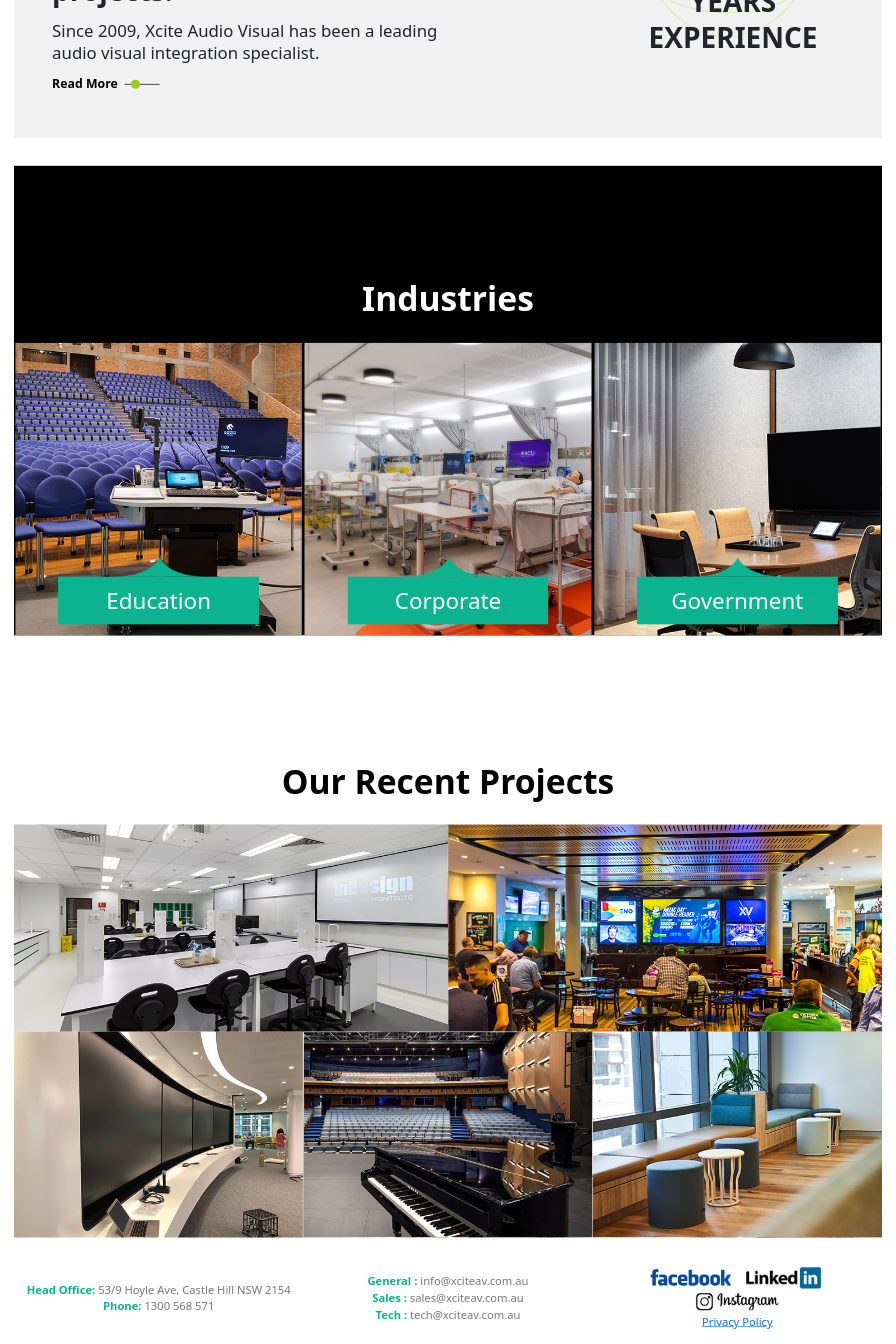
Repository: Imprasna/designplus
Page: index.html
An editor plug-in stored every save of this project. The page is shown before and after the next save, followed by the edit.
The browser window is 1280 px wide. The pictures show the part of the page from y = 1077 to 2997 px (the page is 2997 px tall before and 2977 px after), at 70% of full size.

Above is the page before, as saved 2022-03-16 23:25:10.

### index.html
<!DOCTYPE html>
<html lang="en">

<head>
  <meta charset="UTF-8">
  <meta http-equiv="X-UA-Compatible" content="IE=edge">
  <meta name="viewport" content="width=device-width, initial-scale=1.0">
  <link href="https://cdn.jsdelivr.net/npm/bootstrap@5.1.3/dist/css/bootstrap.min.css" rel="stylesheet"
    crossorigin="anonymous">
  <script src="https://cdn.jsdelivr.net/npm/bootstrap@5.1.3/dist/js/bootstrap.bundle.min.js" crossorigin="anonymous">
  </script>
  <link rel="stylesheet" href="style.css">
  <title>DesignPlus</title>
</head>

<body>

  <header>
    <div class="container-fluid">
      <nav class="navbar navbar-expand-lg navbar-light bg-light">
        <div class="container-fluid">
          <a class="navbar-brand" href="#"><img src="assets/Images/XCITEAV_logo.svg" alt=""></a>
          <button class="navbar-toggler" type="button" data-bs-toggle="collapse"
            data-bs-target="#navbarSupportedContent" aria-controls="navbarSupportedContent" aria-expanded="false"
            aria-label="Toggle navigation">
            <span class="navbar-toggler-icon"></span>
          </button>
          <div class="collapse navbar-collapse" id="navbarSupportedContent">
            <ul class="navbar-nav ms-auto mb-2 mb-lg-0">
              <li class="nav-item">
                <a class="nav-link active" aria-current="page" href="#">About</a>
              </li>
              <li class="nav-item">
                <a class="nav-link" href="#">Industries</a>
              </li>
              <li class="nav-item">
                <a class="nav-link" href="#">Xcite Care</a>
              </li>
              <li class="nav-item">
                <a class="nav-link" href="#">Projects</a>
              </li>
              <li class="nav-item">
                <a class="nav-link" href="#">Clients</a>
              </li>
              <li class="nav-item">
                <a class="nav-link" href="#">Contact Us</a>
              </li>
              <li class="nav-item tel-phone">
                <a href="tel:1300568571" class="nav-link">T: 1300 568 571</a>
              </li>
            </ul>
            <!-- <form class="d-flex">
                      <input class="form-control me-2" type="search" placeholder="Search" aria-label="Search">
                      <button class="btn btn-outline-success" type="submit">Search</button>
                    </form> -->
          </div>
        </div>
      </nav>
    </div>
  </header>

  <main>
    <section>
      <div class="container-fluid hero_sec">
        <img src="assets/Images/hero-banner.jpg" alt="">
        <p class="hero_texts">
          <span>Focused on</span> Providing reliable, robust solutions
        </p>
      </div>
    </section>

    <section>
      <div class="container-fluid second_sec">
        <div class="container-fluid">
          <div class="row second_sec-block">
            <div class="col-sm-5 col-md-6">
              <p>
                <span>Xcite Audio Visual</span> is a technology based company focused on providing reliable, robust
                solutions that enhance the user experience for our client's projects.
              </p>
              <p class="description">
                Since 2009, Xcite Audio Visual has been a leading audio visual integration specialist.
              </p>
              <a href="#">Read More</a>
            </div>
            <div class="col-sm-5 col-md-6 second_sec-img">
              <img src="assets/Images/about-ring.png" alt="">
              <p class="fifty">
                <span>50</span>
                years Experience
              </p>
            </div>
          </div>
        </div>
      </div>
    </section>

    <section>
      <div class="container-fluid industries">
        <div class="container-fluid">
          <div class="row industries_block">
            <h1>Industries</h1>
            <div class="col-md-4 g-1 align-items-end">
              <div class="card" style="width: 100%;">
                <img src="assets/Images/service_education.jpg" class="card-img-top" alt="...">
                <a href="#" class="btn btn-primary">Education</a>
                <!-- <div class="card-body">
                </div> -->
              </div>
            </div>
            <div class="col-md-4 g-1 align-items-end">
              <div class="card" style="width: 100%;">
                <img src="assets/Images/service_government.jpg" class="card-img-top" alt="...">
                <a href="#" class="btn btn-primary">Corporate</a>
                <!-- <div class="card-body">
                </div> -->
              </div>
            </div>
            <div class="col-md-4 g-1 align-items-end">
              <div class="card" style="width: 100%;">
                <img src="assets/Images/service_corporate.jpg" class="card-img-top" alt="...">
                <a href="#" class="btn btn-primary">Government</a>
                <!-- <div class="card-body">
                </div> -->
              </div>
            </div>
          </div>
        </div>
      </div>
    </section>

    <section>
      <div class="container-fluid third_sec">
        <div class="container-fluid">
          <div class="row third_sec-block">
            <h1>Our Recent Projects</h1>
            <div class="col-md-6 gx-0">
              <img src="assets/Images/recent_project_01.jpg" alt="">
            </div>
            <div class="col-md-6 gx-0">
              <img src="assets/Images/recent_project_02.jpg" alt="">
            </div>
          </div>
          <div class="row third_sec-block-2">
            <div class="col-md-4 gx-0">
              <img src="assets/Images/recent_project_03.jpg" alt="">
            </div>
            <div class="col-md-4 gx-0">
              <img src="assets/Images/recent_project_04.jpg" alt="">
            </div>
            <div class="col-md-4 gx-0">
              <img src="assets/Images/recent_project_05.jpg" alt="">
            </div>
          </div>
        </div>
      </div>
    </section>

  </main>

  <footer>
    <div class="container-fluid footer_sec">
      <div class="container-fluid">
        <div class="row align-items-center footer_sec-block">
            <div class="col-md-4 text-center">
              <p>Head Office: <a href="#">53/9 Hoyle Ave, Castle Hill NSW 2154</a></p>
              <p>Phone: <a href="tel:1300 568 571">1300 568 571</a></p>
            </div>
            <div class="col-md-4 text-center">
              <p>General :<a href="#"> info@xciteav.com.au</a> </p>
              <p>Sales :<a href="#"> sales@xciteav.com.au</a> </p>
              <p>Tech :<a href="#"> tech@xciteav.com.au</a> </p>
            </div>
            <div class="col-md-4 text-center social_icons">
              <div>
                <img src="assets/Images/social-facebook-icon.png" alt="">
                <img src="assets/Images/social-linkedin-icon.png" alt="">
                <img src="assets/Images/social-instagram-icon.png" alt="">
              </div>
              <a href="#">Privacy Policy</a>
            </div>
        </div>
      </div>
    </div>
  </footer>



</body>

</html>

### style.css
* {
    margin: 0;
    padding: 0;
    box-sizing: border-box;
}

html {
    scroll-behavior: smooth;
}


.hero_sec > img {
    width: 100%;
}

.container-fluid.hero_sec {
    padding: 0;
    position: relative;
}

p.hero_texts {
    position: absolute;
    top: 40%;
    left: 5%;
    font-size: 3.2rem;
    line-height: 1.3;
    font-weight: 700;
    color: #fff;
    max-width: 35%;
    width: 28%;
    z-index: 2;
}

p.hero_texts > span {
    position: relative;
    z-index: 2;
}

p.hero_texts > span::after {
    content: '';
    position: absolute;
    bottom: 7px;
    left: 0;
    width: 100%;
    height: 10px;
    background: #0BB390;
    z-index: -1;
}

.container-fluid.second_sec {
    padding: 20px;
    background: #fff;
}

.container-fluid.second_sec > .container-fluid {
    background: #f1f1f1;
}

.row.second_sec-block {
    display: flex;
    align-items: center;
    width: 95%;
    margin: 0 auto;
    padding: 4rem 0;
}

.row.second_sec-block > .col-sm-5.col-md-6 > p {
    font-size: 2.5rem;
    line-height: 1.3;
    font-weight: 600;
}

.row.second_sec-block > .col-sm-5.col-md-6 > p span {
    color: #0BB390;
}

.col-sm-5.col-md-6.second_sec-img {
    display: flex;
    justify-content: end;
    position: relative;
}

.row.second_sec-block > .col-sm-5.col-md-6 > p.description {
    font-size: 1.5rem;
    font-weight: 400;
}

.col-sm-5.col-md-6 > a {
    text-decoration: none;
    font-size: 1.1rem;
    font-weight: 700;
    color: #000;
    position: relative;
}

.col-sm-5.col-md-6 > a::after {
    content: '';
    position: absolute;
    height: 1px;
    width: 50px;
    background: #000;
    top: 13px;
    left: 110%;
}

.col-sm-5.col-md-6 > a::before {
    content: '';
    position: absolute;
    height: 13px;
    width: 13px;
    background: #99CF16;
    border-radius: 50%;
    left: 120%;
    top: 7px;
    z-index: 1;
}

.col-sm-5.col-md-6.second_sec-img > img {
    width: 60%;
    height: 100%;
}

.col-sm-5.col-md-6.second_sec-img > p.fifty {
    position: absolute;
    top: 6rem;
    left: 70%;
    display: flex;
    flex-direction: column;
    align-items: center;
    text-transform: uppercase;
    width: 1%;
    text-align: center;
}

.col-sm-5.col-md-6.second_sec-img > p.fifty span {
    font-size: 3em;
    font-weight: 700;
    color: #000;
}


.container-fluid.industries {
    background: #fff;
    padding: 20px 20px 0;
}

.container-fluid.industries > .container-fluid {
    background: #000;
}

.row.industries_block {
    padding-top: 10rem;
}

.row.industries_block > h1 {
    font-size: 3rem;
    font-weight: 700;
    color: #fff;
    text-align: center;
    margin-bottom: 2rem;
}

.card {
    border-radius: 0;
    position: relative;
    border: none;
}

.card > img {
    border-radius: 0;
}

a.btn.btn-primary {
    width: 70%;
    margin: 0 auto;
    padding: 10px 2px;
    position: absolute;
    bottom: 1rem;
    left: 15%;
    border-radius: 0;
    background: #0BB390;
    outline: none;
    border: none;
    font-size: 2rem;
    font-weight: 500;
}

a.btn.btn-primary::before {
    content: url(./assets/Images/service-shape.png);
    position: absolute;
    bottom: 3.5rem;
    left: 0;
    width: 100%;
}

.container-fluid.third_sec {
    padding: 20px;
    background: #fff;
}

.row.third_sec-block > .col-md-6.gx-0 > img {
    width: 100%;
}

.row.third_sec-block-2 > .col-md-4.gx-0 > img {
    width: 100%;
    height: auto;
}

.row.third_sec-block {
    padding-top: 10rem;
}

.row.third_sec-block > h1 {
    font-size: 3rem;
    font-weight: 700;
    color: #000;
    text-align: center;
    margin-bottom: 2rem;
}

.container-fluid.footer_sec {
    padding: 20px;
    background: #fff;
}

.col-md-4.text-center > p {
    color: #0BB390;
    font-weight: 600;
    margin-bottom: 0;
}

.col-md-4.text-center > p > a {
    font-weight: 400;
    color: #777;
    text-decoration: none;
}

After the next save:
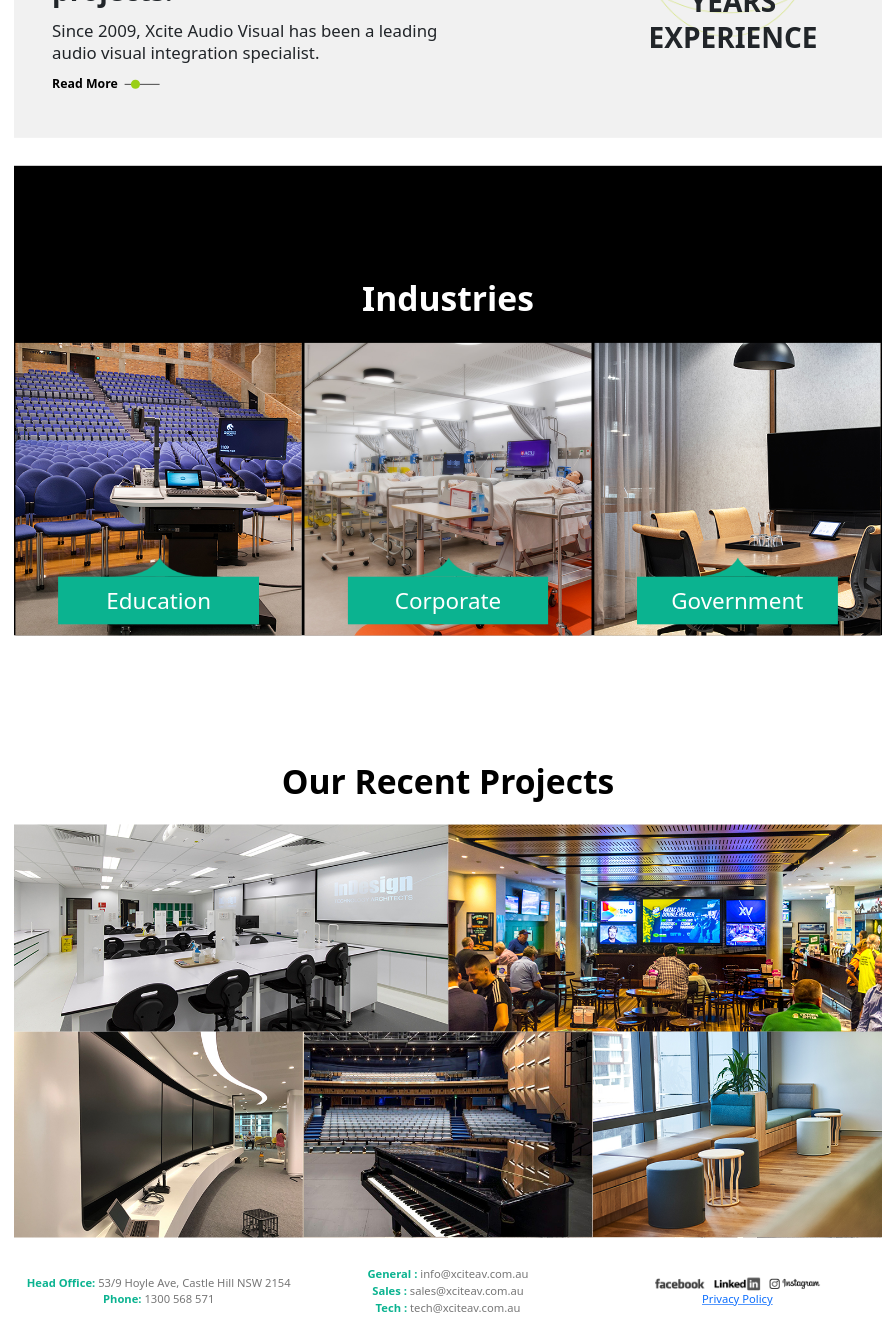
Saved 49 s later.
--- a/style.css
+++ b/style.css
@@ -235,3 +235,8 @@
     color: #777;
     text-decoration: none;
 }
+
+.col-md-4.text-center.social_icons > div > img {
+    width: 20%;
+    filter: grayscale(1);
+}
